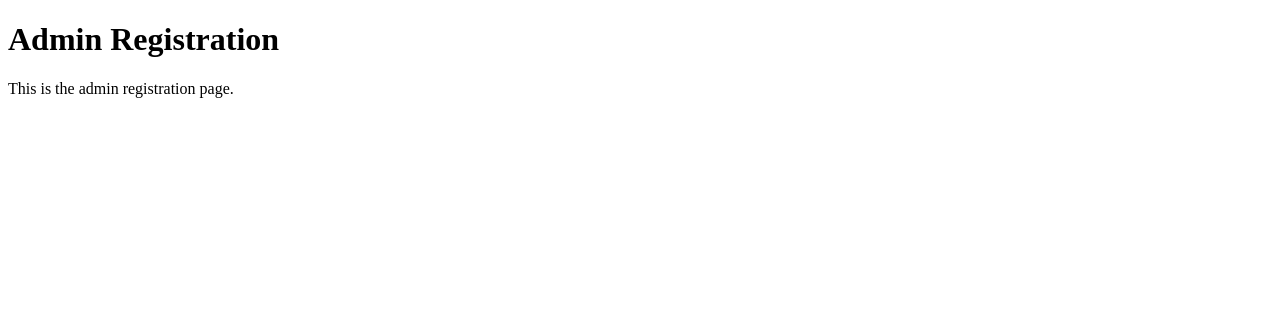
Repository: purrito123/student-register-system
Page: http://localhost/admin-register
These files come from the project's save history. The page is drawn as it stood at one moment and after the next save; the edit follows.
The browser window is 1280 px wide. The pictures show the whole page.
The page is served by the project's application, run on Flask 3 (app.py).

Above is the page before, as saved 2026-08-18 12:13:55.

### templates/admin_register.html
<!DOCTYPE html>
<html>
<head>
    <title>Admin Registration</title>
</head>

<body>

    <h1>Admin Registration</h1>

    <p>This is the admin registration page.</p>

</body>
</html>

### app.py
from flask import Flask, render_template, request, session
import sqlite3
from werkzeug.security import generate_password_hash, check_password_hash

app = Flask(__name__)
app.secret_key = "student-registration-secret"


def init_db():
    conn = sqlite3.connect("database.db")
    cursor = conn.cursor()

    cursor.execute("""
        CREATE TABLE IF NOT EXISTS students (
            id INTEGER PRIMARY KEY AUTOINCREMENT,
            name TEXT NOT NULL,
            dob TEXT NOT NULL,
            course TEXT NOT NULL,
            email TEXT NOT NULL,
            password TEXT NOT NULL
        )
    """)

    conn.commit()
    conn.close()


@app.route("/")
def home():
    return render_template("signup.html")


@app.route("/student-register", methods=["GET", "POST"])
def student_register():

    if request.method == "POST":

        name = request.form["name"]
        dob = request.form["dob"]
        course = request.form["course"]
        email = request.form["email"]
        password = request.form["password"]

        password_hash = generate_password_hash(password)

        conn = sqlite3.connect("database.db")
        cursor = conn.cursor()

        cursor.execute("""
            INSERT INTO students (name, dob, course, email, password)
            VALUES (?, ?, ?, ?, ?)
        """, (name, dob, course, email, password_hash))

        conn.commit()
        conn.close()

        return "Registration received successfully!"

    return render_template("student_register.html")


@app.route("/students")
def students():

    conn = sqlite3.connect("database.db")
    cursor = conn.cursor()

    cursor.execute("SELECT * FROM students")

    students = cursor.fetchall()

    conn.close()

    return str(students)


@app.route("/admin-register")
def admin_register():
    return render_template("admin_register.html")


@app.route("/login", methods=["GET", "POST"])
def login():

    if request.method == "POST":

        email = request.form["email"]
        password = request.form["password"]

        conn = sqlite3.connect("database.db")
        cursor = conn.cursor()

        cursor.execute(
            "SELECT * FROM students WHERE email = ?",
            (email,)
        )

        student = cursor.fetchone()

        conn.close()

        if student:
            stored_password = student[5]

            if check_password_hash(stored_password, password):
                session["student_id"] = student[0]
            return render_template("student_dashboard.html", student=student)

        return "Invalid email or password"

    return render_template("login.html")

@app.route("/student-dashboard")
def student_dashboard():

    if "student_id" not in session:
        return "Please login first."

    student_id = session["student_id"]

    conn = sqlite3.connect("database.db")
    cursor = conn.cursor()

    cursor.execute(
        "SELECT id, name, dob, course, email FROM students WHERE id = ?",
        (student_id,)
    )

    student = cursor.fetchone()

    conn.close()

    if student is None:
        return "Student not found."

    return render_template("student_dashboard.html", student=student)

@app.route("/logout")
def logout():

    session.clear()

    return "You have been logged out."

@app.route("/apply-leave", methods=["GET", "POST"])
def apply_leave():

    if "student_id" not in session:
        return "Please login first."

    if request.method == "POST":

        start_date = request.form["start_date"]
        end_date = request.form["end_date"]
        reason = request.form["reason"]

        student_id = session["student_id"]

        conn = sqlite3.connect("database.db")
        cursor = conn.cursor()

        cursor.execute("""
            INSERT INTO leaves
            (student_id, start_date, end_date, reason)
            VALUES (?, ?, ?, ?)
        """, (student_id, start_date, end_date, reason))

        conn.commit()
        conn.close()

        return "Leave request submitted successfully!"

    return render_template("apply_leave.html")

def init_db():
    conn = sqlite3.connect("database.db")
    cursor = conn.cursor()

    cursor.execute("""
        CREATE TABLE IF NOT EXISTS students (
            id INTEGER PRIMARY KEY AUTOINCREMENT,
            name TEXT NOT NULL,
            dob TEXT NOT NULL,
            course TEXT NOT NULL,
            email TEXT NOT NULL,
            password TEXT NOT NULL
        )
    """)

    cursor.execute("""
        CREATE TABLE IF NOT EXISTS leaves (
            id INTEGER PRIMARY KEY AUTOINCREMENT,
            student_id INTEGER NOT NULL,
            start_date TEXT NOT NULL,
            end_date TEXT NOT NULL,
            reason TEXT NOT NULL,
            status TEXT DEFAULT 'Pending'
        )
    """)

    cursor.execute("""
        CREATE TABLE IF NOT EXISTS admins (
            id INTEGER PRIMARY KEY AUTOINCREMENT,
            name TEXT NOT NULL,
            email TEXT NOT NULL,
            password TEXT NOT NULL
        )
    """)

    conn.commit()
    conn.close()


if __name__ == "__main__":
    app.run(debug=True)

After the next save:
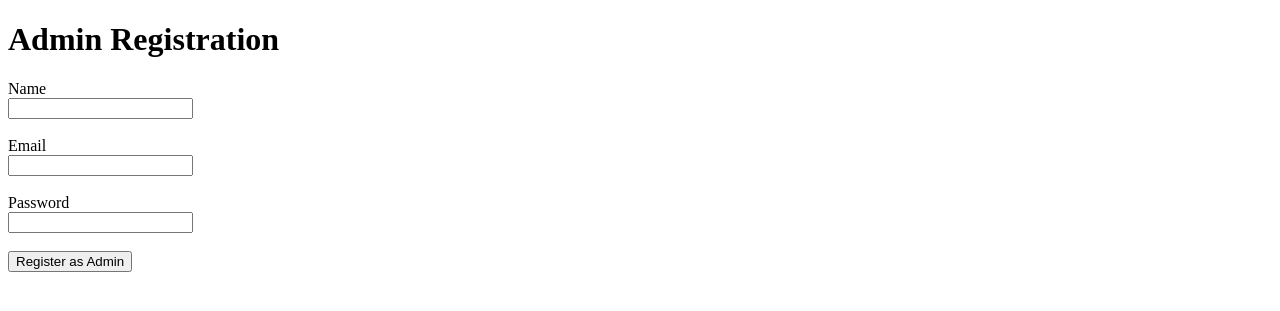
Saved 18 s later.
--- a/templates/admin_register.html
+++ b/templates/admin_register.html
@@ -1,5 +1,6 @@
 <!DOCTYPE html>
 <html>
+
 <head>
     <title>Admin Registration</title>
 </head>
@@ -8,7 +9,30 @@
 
     <h1>Admin Registration</h1>
 
-    <p>This is the admin registration page.</p>
+    <form method="POST" action="/admin-register">
+
+        <label>Name</label>
+        <br>
+        <input type="text" name="name" required>
+
+        <br><br>
+
+        <label>Email</label>
+        <br>
+        <input type="email" name="email" required>
+
+        <br><br>
+
+        <label>Password</label>
+        <br>
+        <input type="password" name="password" required>
+
+        <br><br>
+
+        <button type="submit">Register as Admin</button>
+
+    </form>
 
 </body>
+
 </html>
